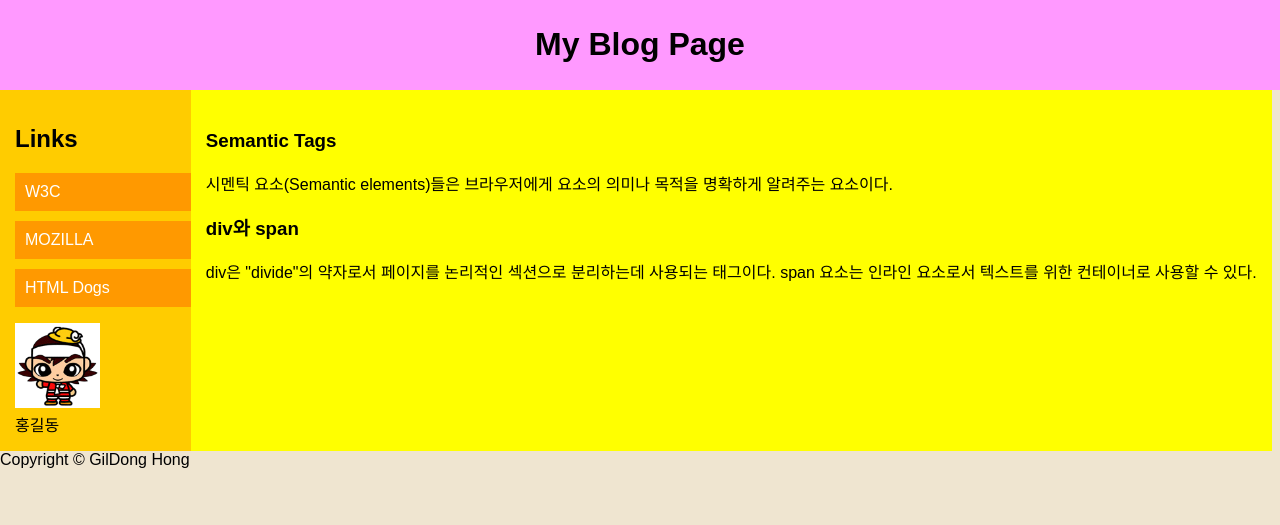
Repository: hyeon-jin-park/study
Page: work/internet_programing/T04/public/03_layout.html
An editor plug-in stored every save of this project. The page is shown before and after the next save, followed by the edit.
The browser window is 1280 px wide. The pictures show the whole page.

Above is the page before, as saved 2025-03-25 09:51:49.

### work/internet_programing/T04/public/03_layout.html
<!DOCTYPE html>
<html>
<head>
<meta charset="UTF-8">
<title>레이아웃 배치와 메뉴 모양, 링크 모양 선언하기</title>
<style>
/*
화면에 제시된 모양과 같이, 다음의 html5 코드가 출력되도록 스타일을 정의하시오.
1. <header>태그 영역은 화면 상단에 출력하고, 배경색을 분홍색, 글자는 가운데 정렬하시오.
2. <nav> 태그 영역은 화면 왼쪽에 출력하고, <ul> 태그의 각 메뉴를 제시된 화면과 같이 출력하시오.
3. <ul>태그 내의 <a> 태그에 대하여 링크 밑줄을 제거하고, 글자색을 흰색으로 선언하시오.
     또한, 마무스를 올리면, 배경색이 변경되도록 선언하시오.
   (배경색상은 www.w3schools.com 사이트의 color picker를 이용합니다.)
4. <section> 태그 영역은 오른쪽에 출력하고, 배경색을 노란색으로 선언하시오.
5. <footer> 태그 영역은 화면 아래쪽에 출력하고, 배경색은 보라색, 글자색은 흰색으로 하고, 가운데 정렬하시오.
*/
body {
    background-color: #efe5d0;
    font-family: Arial, "Trebuchet MS", sans-serif;
    margin: 0px;
}

header{
	background-color:#ff99ff;
	color:black;
	text-align:center;
	margin:0px;
	padding: 5px;

}

#main{
	display:table-cell;
	background-color:yellow;
	padding:15px;
}

nav{
	display:table-cell;
	background-color:#ffcc00;
	padding:15px;
	padding-right:0px;
	width:15%;


}

.menu{
	list-style-type:none;
	padding-left:0px;

}
.menu li{
	background-color:#ff9900;
	color:white;
	margin-bottom:10px;
	padding:10px;


}
.menu li:hover{
	background-color:#cc6600;

}
.menu a{
	color:white;
	text-decoration:none;
}




</style>
</head>
<body>
<header>
    <h1>My Blog Page</h1>
</header>
<nav>
    <h1>Links</h1>
    <ul class="menu">
        <li><a  href="http://www.w3c.org/">W3C</a></li>
        <li><a href="http://developer.mozilla.org/">MOZILLA</a></li>
        <li><a href="http://htmldog.com/guides/">HTML Dogs</a></li>
    </ul>
    <div>
        <img width="85" height="85"  src="images/gildong.png"  alt="홍길동" />
        <div>홍길동</div>
    </div>
</nav>
<section id="main">
    <article>
        <h1>Semantic Tags</h1>
        <p>
            시멘틱 요소(Semantic elements)들은 브라우저에게 요소의 의미나 목적을 명확하게 알려주는 요소이다.
        </p>
    </article>
    <article>
        <h1>div와 span</h1>
        <p>
            div은 "divide"의 약자로서 페이지를 논리적인 섹션으로 분리하는데 사용되는 태그이다.
            span 요소는 인라인 요소로서 텍스트를 위한 컨테이너로 사용할 수 있다.
        </p>
    </article>
</section>
<footer>Copyright &copy; GilDong Hong</footer>
</body>
</html>

After the next save:
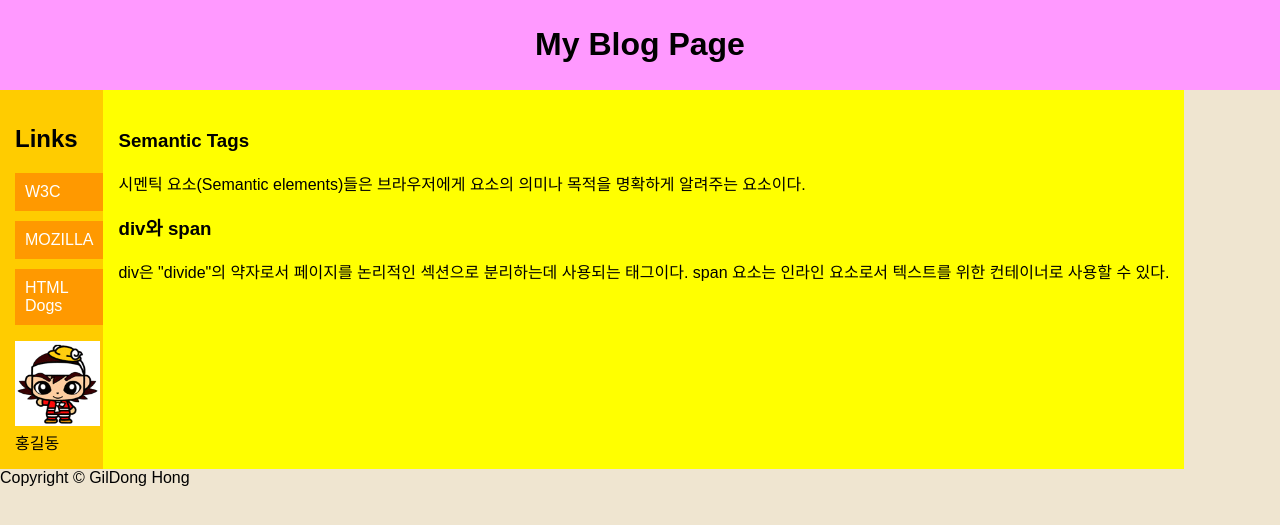
Saved 54 s later.
--- a/work/internet_programing/T04/public/03_layout.html
+++ b/work/internet_programing/T04/public/03_layout.html
@@ -40,7 +40,7 @@ nav{
 	background-color:#ffcc00;
 	padding:15px;
 	padding-right:0px;
-	width:15%;
+	width:15px;
 
 
 }
